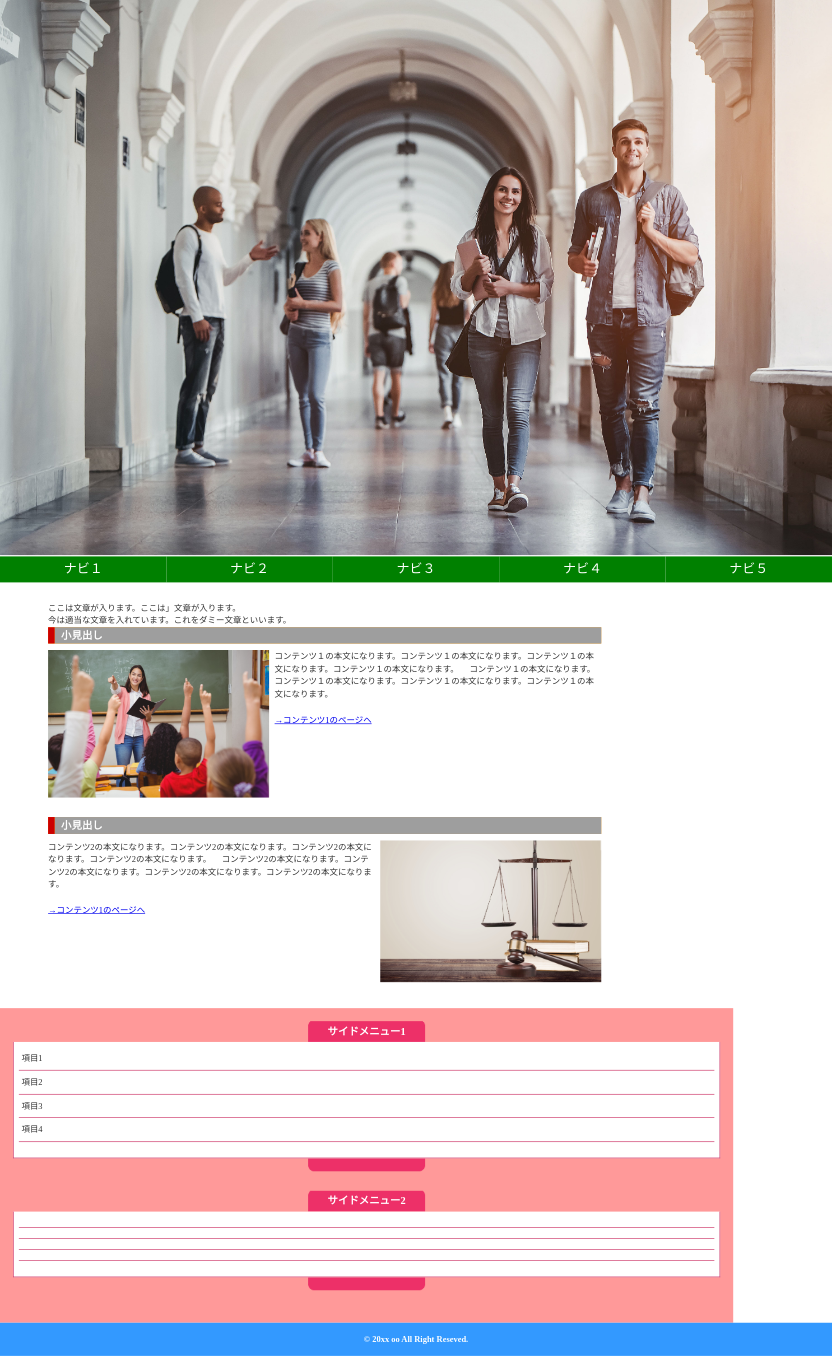
Repository: nekonoko114/samurai_HTML-CSS
Page: home.html
The author's editor kept a record of every edit. The page is drawn from the files as they stood at one moment, then again after the next edit.
The browser window is 1280 px wide. The pictures show the whole page, at 65% of full size.
Pictures or frames that could not be fetched are drawn as grey boxes.

Above is the page before.

After the next edit:
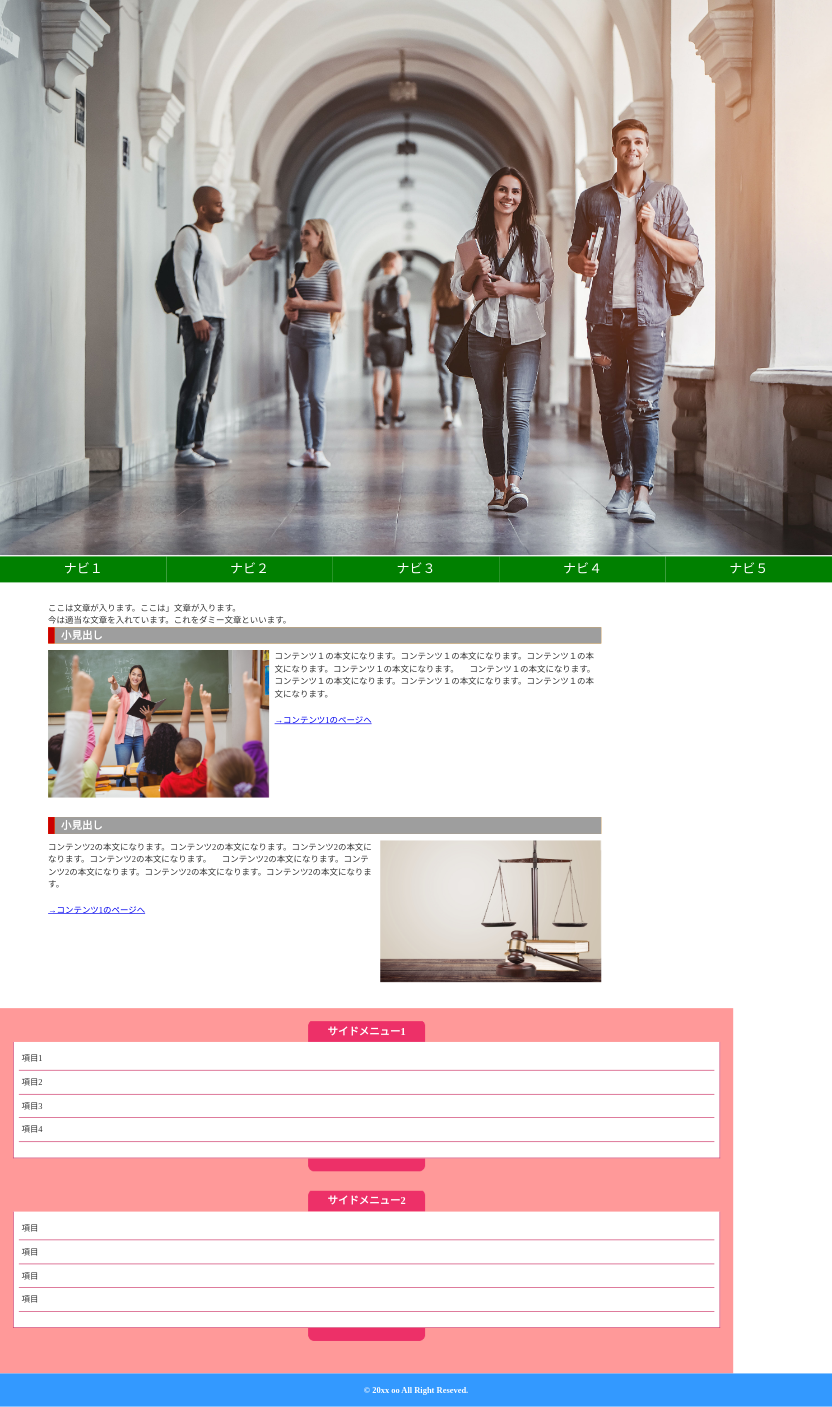
The edit:
--- a/home.html
+++ b/home.html
@@ -61,10 +61,10 @@
                  <h2>サイドメニュー2</h2>
                  <div class="boxBody">
                        <ul>
-                             <li></li>
-                             <li></li>
-                             <li></li>
-                             <li></li>
+                             <li>項目</li>
+                             <li>項目</li>
+                             <li>項目</li>
+                             <li>項目</li>
                        </ul>
                  </div>
            </div>
